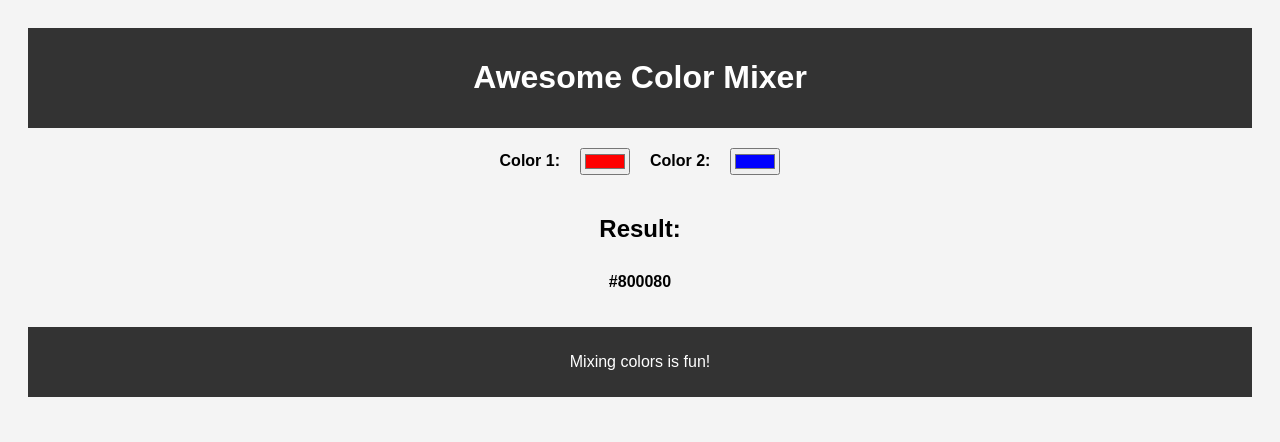
Repository: harleywolfley/wdd130
Page: spring25/itm101/0302/index.html
These files come from the project's save history. The page is drawn as it stood at one moment and after the next save; the edit follows.
The browser window is 1280 px wide. The pictures show the whole page.

Above is the page before, as saved 2025-05-07 18:11:47.
Console error: TypeError: document.getElementByClass is not a function

After the next save:
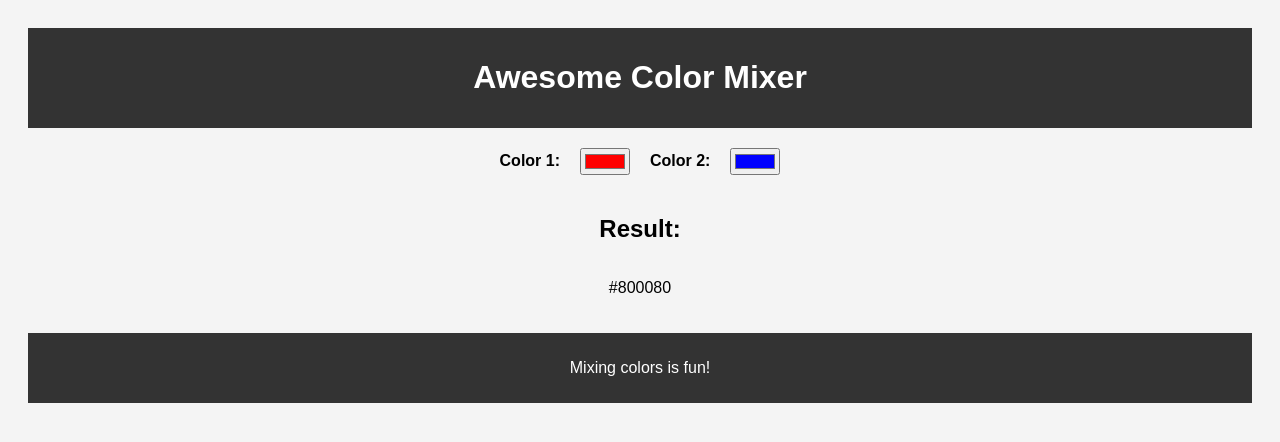
Saved 103 s later.
--- a/spring25/itm101/0302/style.css
+++ b/spring25/itm101/0302/style.css
@@ -45,7 +45,7 @@ body {
   }
 
   /* Styling for the paragraph that displays the hex code */
-  #hexCode {
+  .hexCode {
     margin-top: 10px; /* Add some space above the hex code */
     font-weight: bold; /* Make the hex code bold */
   }
